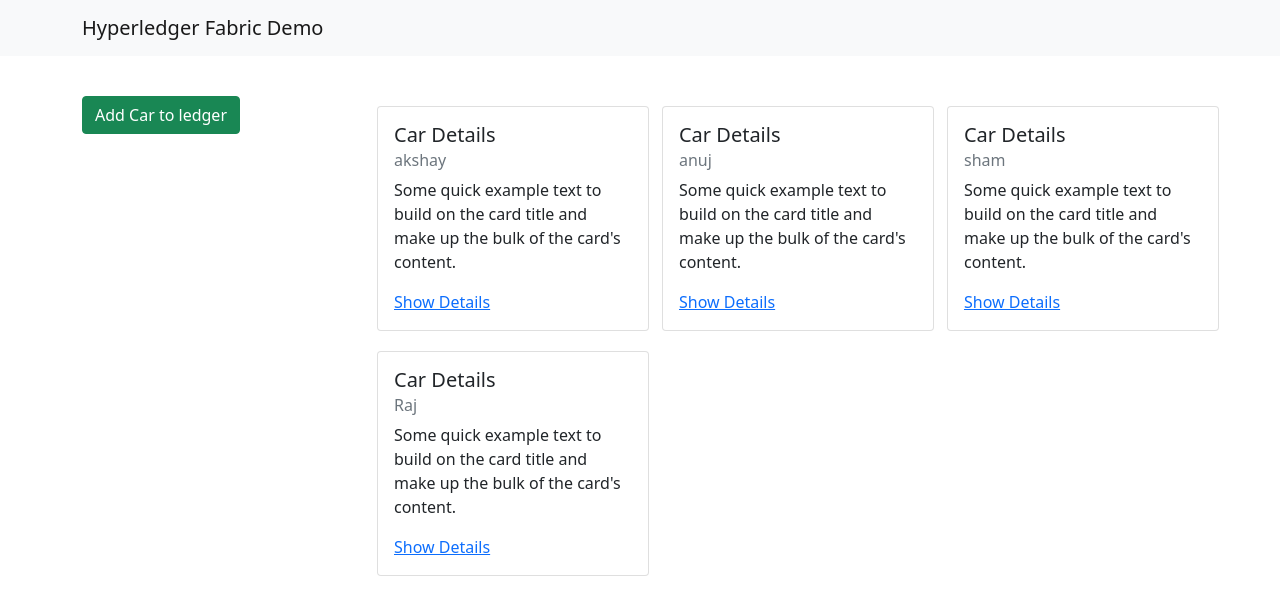
Repository: akshaykurhekar/hyperledger-asset-monetization-dapp
Page: / (app in fabcarWeb/new-ui/)
An editor plug-in stored every save of this project. The page is shown before and after a run of saves, followed by the edit.
The browser window is 1280 px wide. The pictures show the whole page.
The page's requests for data from a server got no answer. The project was rebuilt for these pictures with package versions that can differ from the ones it lists, and the page was loaded fresh each time. No one was signed in, and anything a server would have sent is missing.

Above is the page before, as saved 2022-03-31 17:02:39.

### fabcarWeb/new-ui/src/index.js
import React from "react";
import ReactDOM from "react-dom/client";
import "./index.css";
import App from "./App";
import reportWebVitals from "./reportWebVitals";
import "bootstrap/dist/css/bootstrap.min.css";

// ReactDOM.render(
//   <React.StrictMode>
//     <App />
//   </React.StrictMode>,
//   document.getElementById('root')
// );

ReactDOM.createRoot(document.getElementById("root")).render(
  <React.StrictMode>
    <App />
  </React.StrictMode>
);

// If you want to start measuring performance in your app, pass a function
// to log results (for example: reportWebVitals(console.log))
// or send to an analytics endpoint. Learn more: https://bit.ly/CRA-vitals
reportWebVitals();

### fabcarWeb/new-ui/src/App.js
import React, {useState, useEffect} from 'react';
import Navbar from "./components/navbar";
import Card from "./components/card";
import Model from "./components/model";
import { Container, Row, Col } from "react-bootstrap";
import axios from "axios";

function App() {
  const carList = [{ name: "akshay" }, { name: "anuj" }, { name: "sham" },{ name: "Raj" }];

  const baseURL = "https://jsonplaceholder.typicode.com/posts/1";

  const [carLists, setCarList] = useState(null);

  useEffect(() => {
    axios.get(baseURL).then((response) => {
        console.log(response.data);
      setCarList(response.data);
    });
  }, []);

  return (
    <>
      <Navbar />
      <Container>
        <Row style={{ paddingTop: "40px" }}>
          <Col sm={3}>
            <Model />
          </Col>
          <Col sm={9}>
            <Row>
              {carList.map((item, idx) => {
                return (
                  <Col sm={4}>
                    <Card key={idx} name={item.name} />
                  </Col>
                );
              })}
            </Row>
          </Col>
        </Row>
      </Container>
    </>
  );
}

export default App;

### fabcarWeb/new-ui/src/components/navbar.js
import React from 'react';
import { Navbar,Container,Nav, NavDropdown } from 'react-bootstrap'

const NavbarComp = ()=>{

    return (
      <Navbar bg="light" expand="lg">
      <Container>
        <Navbar.Brand href="#home">Hyperledger Fabric Demo</Navbar.Brand>
        <Navbar.Toggle aria-controls="basic-navbar-nav" />
        <Navbar.Collapse id="basic-navbar-nav">
          <Nav className="me-auto">
            {/* <Nav.Link href="#home">Home</Nav.Link>
            <Nav.Link href="#link">Link</Nav.Link>
            <NavDropdown title="Dropdown" id="basic-nav-dropdown">
              <NavDropdown.Item href="#action/3.1">Action</NavDropdown.Item>
              <NavDropdown.Item href="#action/3.2">Another action</NavDropdown.Item>
              <NavDropdown.Item href="#action/3.3">Something</NavDropdown.Item>
              <NavDropdown.Divider />
              <NavDropdown.Item href="#action/3.4">Separated link</NavDropdown.Item>
            </NavDropdown> */}
          </Nav>
        </Navbar.Collapse>
      </Container>
    </Navbar>
    );
};

export default NavbarComp;

### fabcarWeb/new-ui/src/components/card.js
import React from 'react';
import {Card} from 'react-bootstrap'

const Cards = (props)=>{
    return (
        <Card style={{ width: '17rem',margin:'10px' }}>
            <Card.Body>
                <Card.Title>Car Details</Card.Title>
                <Card.Subtitle className="mb-2 text-muted">{props.name}</Card.Subtitle>
                <Card.Text>
                Some quick example text to build on the card title and make up the bulk of
                the card's content.
                </Card.Text>
                <Card.Link href="#">Show Details</Card.Link>
            </Card.Body>
        </Card>
    );
};

export default Cards;

### fabcarWeb/new-ui/src/components/model.js
import React,{ useState} from 'react';
import { Button, Modal} from 'react-bootstrap'

const Model = ()=>{

    const [show, setShow] = useState(false);

  const handleClose = () => setShow(false);
  const handleShow = () => setShow(true);

    return (
       <>
      <Button variant="success" onClick={handleShow}>
        Add Car to ledger
      </Button>

      <Modal show={show} onHide={handleClose}>
        <Modal.Header closeButton>
          <Modal.Title>Add Car</Modal.Title>
        </Modal.Header>
        <Modal.Body>

            </Modal.Body>
        <Modal.Footer>
          <Button variant="secondary" onClick={handleClose}>
            Close
          </Button>
          <Button variant="primary" onClick={handleClose}>
            Save
          </Button>
        </Modal.Footer>
      </Modal>
    </>
    );
};

export default Model;

Loaded but not shown: fabcarWeb/new-ui/public/index.html (common file); fabcarWeb/new-ui/src/reportWebVitals.js (common file); fabcarWeb/new-ui/src/index.css (no stored copy; drawn as an empty file)

After the next 4 saves:
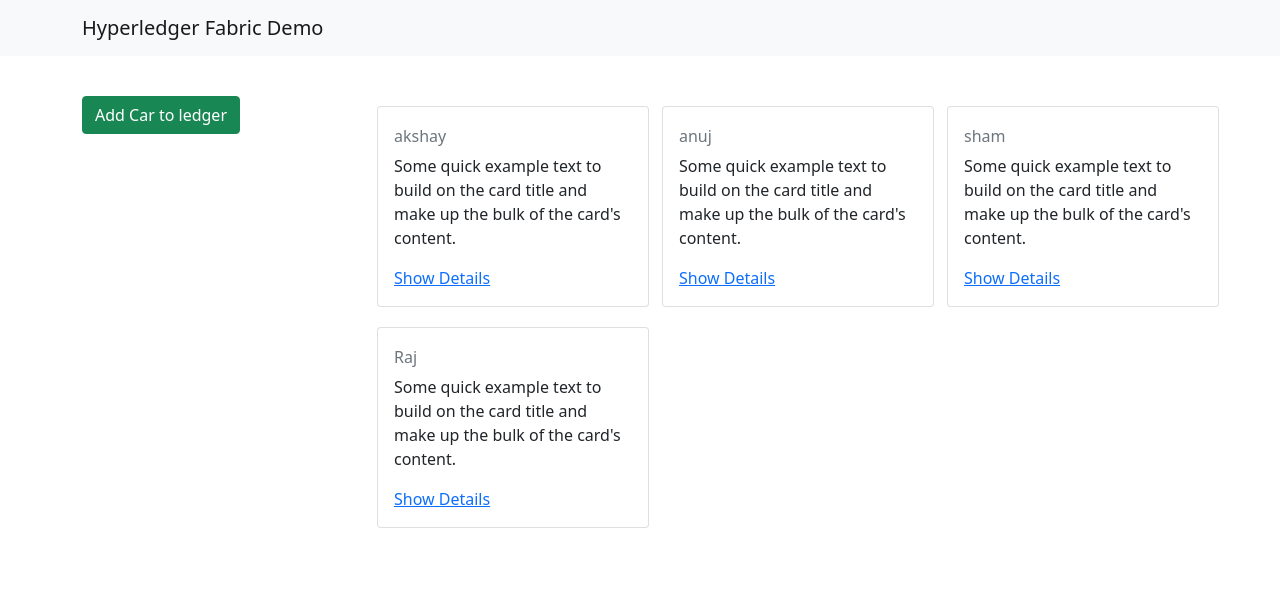
The 4 saves are shown as one change because they came seconds apart.
The last was saved 38 s later.
--- a/fabcarWeb/new-ui/src/components/card.js
+++ b/fabcarWeb/new-ui/src/components/card.js
@@ -5,7 +5,7 @@
     return (
         <Card style={{ width: '17rem',margin:'10px' }}>
             <Card.Body>
-                <Card.Title>Car Details</Card.Title>
+                <Card.Title>{props.model}</Card.Title>
                 <Card.Subtitle className="mb-2 text-muted">{props.name}</Card.Subtitle>
                 <Card.Text>
                 Some quick example text to build on the card title and make up the bulk of
